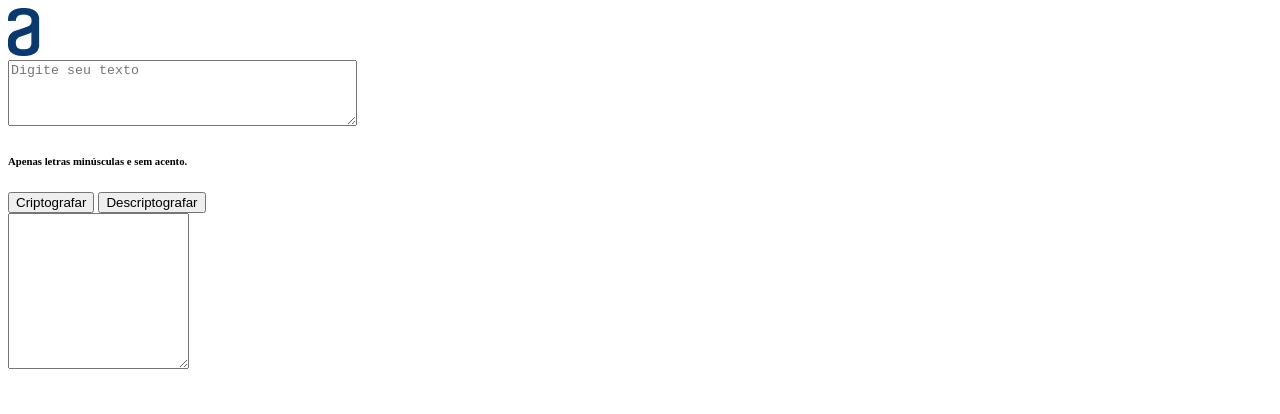
Repository: guilhermecardoso93/decodificador-texto
Page: index.html
An editor plug-in stored every save of this project. The page is shown before and after the next save, followed by the edit.
The browser window is 1280 px wide. The pictures show the whole page.

Above is the page before, as saved 2024-02-28 19:04:42.

After the next save:
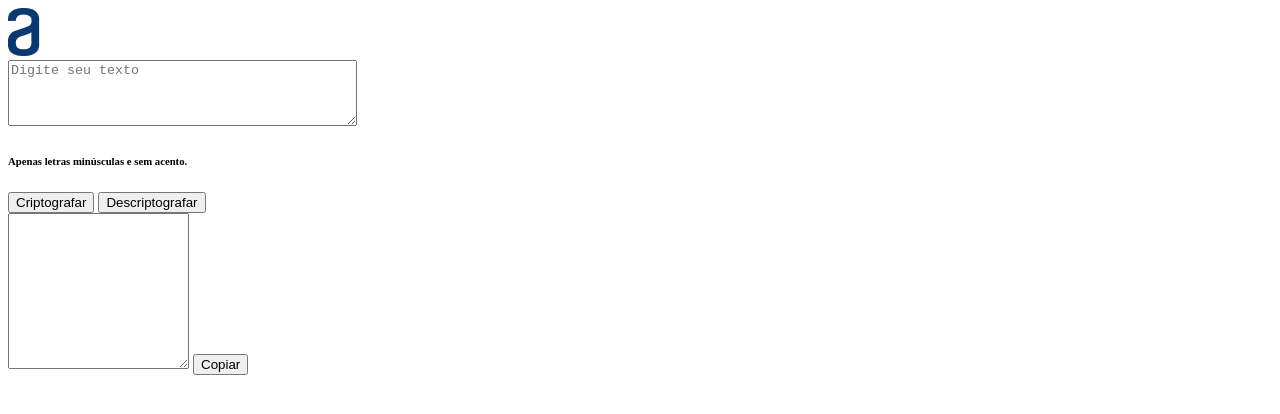
Saved 40 s later.
--- a/index.html
+++ b/index.html
@@ -22,6 +22,7 @@
     </section>
     <section>
       <textarea class="mensagem" cols="20" rows="10"></textarea>
+      <button class="btn-copiar">Copiar</button>
     </section>
 </body>
 </html>
